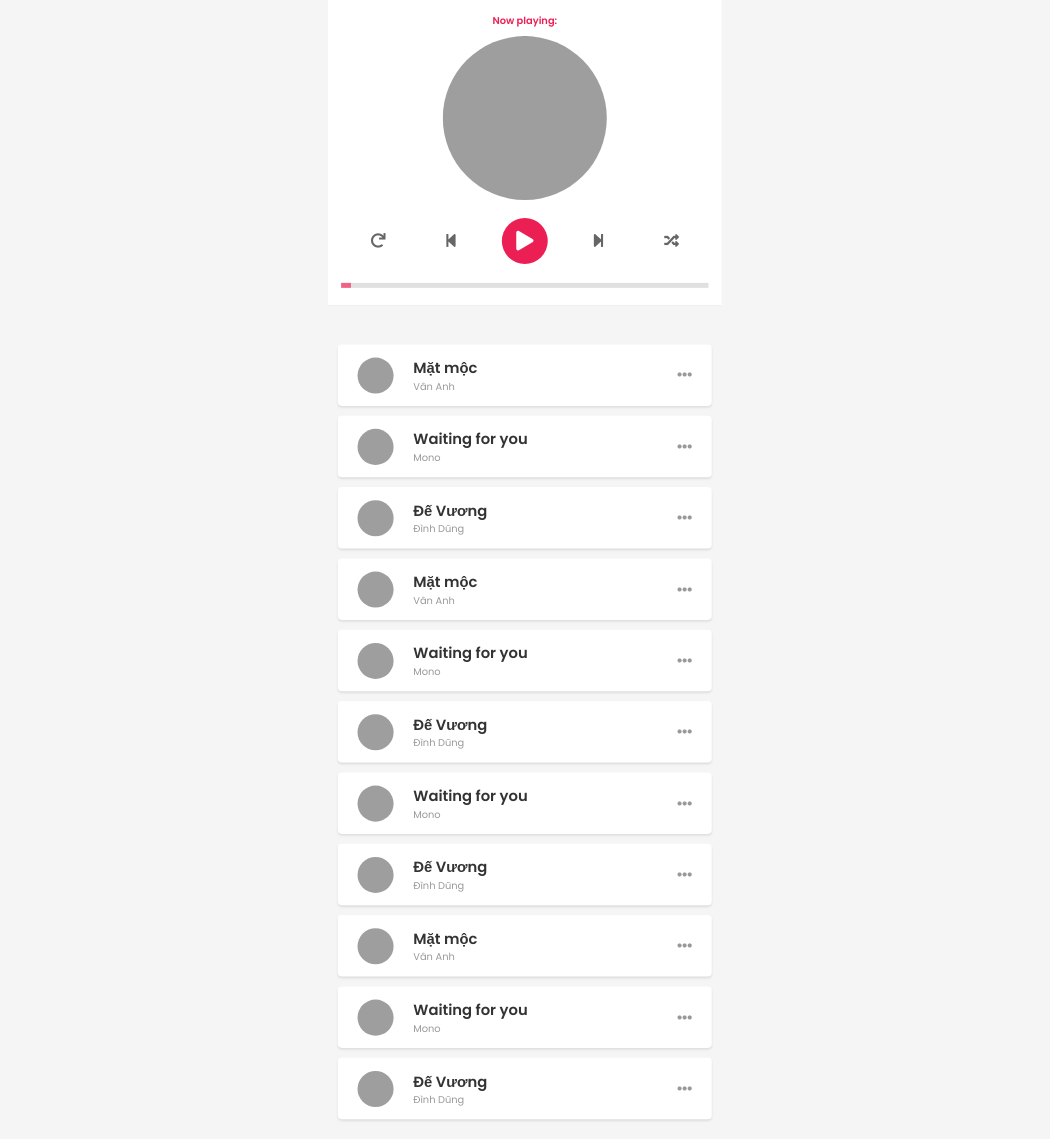
Repository: Tbs-Giang-Luong/app_music_ver1
Page: index.html
These files come from the project's save history. The page is drawn as it stood at one moment and after the next save; the edit follows.
The browser window is 1280 px wide. The pictures show the whole page, at 82% of full size.
Pictures or frames that could not be fetched are drawn as grey boxes.

Above is the page before, as saved 2022-10-20 15:57:43.

### index.html
<!DOCTYPE html>
<html lang="en">
  <head>
    <meta charset="UTF-8" />
    <meta http-equiv="X-UA-Compatible" content="IE=edge" />
    <meta name="viewport" content="width=device-width, initial-scale=1.0" />
    <title>Document</title>
    <link rel="stylesheet" href="./asset/css/main.css" />
  </head>
  <body>
    <meta name="viewport" content="width=device-width, initial-scale=1.0" />
    <title>Music player</title>
    <link
      rel="stylesheet"
      href="https://cdnjs.cloudflare.com/ajax/libs/font-awesome/5.15.2/css/all.min.css"
      integrity="sha512-HK5fgLBL+xu6dm/Ii3z4xhlSUyZgTT9tuc/hSrtw6uzJOvgRr2a9jyxxT1ely+B+xFAmJKVSTbpM/CuL7qxO8w=="
      crossorigin="anonymous"
    />
    <link rel="preconnect" href="https://fonts.gstatic.com" />
    <link
      href="https://fonts.googleapis.com/css2?family=Poppins:wght@300;400;600&display=swap"
      rel="stylesheet"
    />

    <div class="player">
      <!-- Dashboard -->
      <div class="dashboard">
        <!-- Header -->
        <header>
          <h4>Now playing:</h4>
          <h2>String 57th & 9th</h2>
        </header>

        <!-- CD -->
        <div class="cd">
          <div
            class="cd-thumb"
            style="
              background-image: url('https://i.ytimg.com/vi/jTLhQf5KJSc/maxresdefault.jpg');
            "
          ></div>
        </div>

        <!-- Control -->
        <div class="control">
          <div class="btn btn-repeat">
            <i class="fas fa-redo"></i>
          </div>
          <div class="btn btn-prev">
            <i class="fas fa-step-backward"></i>
          </div>
          <div class="btn btn-toggle-play ">
            <i class="fas fa-pause icon-pause"></i>
            <i class="fas fa-play icon-play"></i>
          </div>
          <div class="btn btn-next">
            <i class="fas fa-step-forward"></i>
          </div>
          <div class="btn btn-random">
            <i class="fas fa-random"></i>
          </div>
        </div>

        <input
          id="progress"
          class="progress"
          type="range"
          value="0"
          step="1"
          min="0"
          max="100"
        />

        <audio id="audio" src=""></audio>
      </div>

      <!-- Playlist -->
      <div class="playlist">

      </div>
    </div>

    <!-- Design from: https://static.collectui.com/shots/3671744/musicloud-revolutionary-app-for-music-streaming-large -->
    <script src="main.js"></script>
  </body>
</html>

### asset/css/main.css
:root {
  --primary-color: #ec1f55;
  --text-color: #333;
}

* {
  padding: 0;
  margin: 0;
  box-sizing: inherit;
}

body {
  background-color: #f5f5f5;
}

html {
  box-sizing: border-box;
  font-family: "Poppins", sans-serif;
}

.player {
  position: relative;
  max-width: 480px;
  margin: 0 auto;
}

.player .icon-pause {
  display: none;
}

.player.playing .icon-pause {
  display: inline-block;
}

.player.playing .icon-play {
  display: none;
}

.dashboard {
  padding: 16px 16px 14px;
  background-color: #fff;
  position: fixed;
  top: 0;
  width: 100%;
  max-width: 480px;
  border-bottom: 1px solid #ebebeb;
}

/* HEADER */
header {
  text-align: center;
  margin-bottom: 10px;
}

header h4 {
  color: var(--primary-color);
  font-size: 12px;
}

header h2 {
  color: var(--text-color);
  font-size: 20px;
}

/* CD */
.cd {
  display: flex;
  margin: auto;
  width: 200px;
}

.cd-thumb {
  width: 100%;
  padding-top: 100%;
  border-radius: 50%;
  background-color: #333;
  background-size: cover;
  margin: auto;
}

/* CONTROL */
.control {
  display: flex;
  align-items: center;
  justify-content: space-around;
  padding: 18px 0 8px 0;
}

.control .btn {
  color: #666;
  padding: 18px;
  font-size: 18px;
}

.control .btn.active {
  color: var(--primary-color);
}

.control .btn-toggle-play {
  width: 56px;
  height: 56px;
  border-radius: 50%;
  font-size: 24px;
  color: #fff;
  display: flex;
  align-items: center;
  justify-content: center;
  background-color: var(--primary-color);
}

.progress {
  width: 100%;
  -webkit-appearance: none;
  height: 6px;
  background: #d3d3d3;
  outline: none;
  opacity: 0.7;
  -webkit-transition: 0.2s;
  transition: opacity 0.2s;
}

.progress::-webkit-slider-thumb {
  -webkit-appearance: none;
  appearance: none;
  width: 12px;
  height: 6px;
  background-color: var(--primary-color);
  cursor: pointer;
}

/* PLAYLIST */
.playlist {
  margin-top: 408px;
  padding: 12px;
}

.song {
  display: flex;
  align-items: center;
  margin-bottom: 12px;
  background-color: #fff;
  padding: 8px 16px;
  border-radius: 5px;
  box-shadow: 0 2px 3px rgba(0, 0, 0, 0.1);
}

.song.active {
  background-color: var(--primary-color);
}

.song:active {
  opacity: 0.8;
}

.song.active .option,
.song.active .author,
.song.active .title {
  color: #fff;
}

.song .thumb {
  width: 44px;
  height: 44px;
  border-radius: 50%;
  background-size: cover;
  margin: 0 8px;
}

.song .body {
  flex: 1;
  padding: 0 16px;
}

.song .title {
  font-size: 18px;
  color: var(--text-color);
}

.song .author {
  font-size: 12px;
  color: #999;
}

.song .option {
  padding: 16px 8px;
  color: #999;
  font-size: 18px;
}

### main.js
// App music

const $ = document.querySelector.bind(document);
const $$ = document.querySelectorAll.bind(document);

const player = $('.player');
const playlist = $(".playlist");
const cd = $(".cd");
const heading = $("header h2");
const cdThumb = $(".cd-thumb");
const audio = $("#audio");
const playBtn =$('.btn-toggle-play')


const app = {
  currentIndex: 0,
  songs: [
    {
      name: "Mặt mộc",
      singer: "Vân Anh",
      path: "https://playsetmusic.com/download/OIVH8LSktGZR",
      image: "./asset/img/Mat moc.png",
    },
    {
      name: "Waiting for you",
      singer: "Mono",
      path: "https://playsetmusic.com/download/R8MQzb3Z8Gyd",
      image: "./asset/img/wating for you.jpg",
    },
    {
      name: "Đế Vương",
      singer: "Đình Dũng",
      path: "https://playsetmusic.com/download/wO4cfN8f65Ng",
      image: "./asset/img/De vuong.jpg",
    },
    {
      name: "Mặt mộc",
      singer: "Vân Anh",
      path: "https://playsetmusic.com/download/OIVH8LSktGZR",
      image: "./asset/img/Mat moc.png",
    },
    {
      name: "Waiting for you",
      singer: "Mono",
      path: "https://playsetmusic.com/download/R8MQzb3Z8Gyd",
      image: "./asset/img/wating for you.jpg",
    },
    {
      name: "Đế Vương",
      singer: "Đình Dũng",
      path: "https://playsetmusic.com/download/wO4cfN8f65Ng",
      image: "./asset/img/De vuong.jpg",
    },
    {
      name: "Waiting for you",
      singer: "Mono",
      path: "https://playsetmusic.com/download/R8MQzb3Z8Gyd",
      image: "./asset/img/wating for you.jpg",
    },
    {
      name: "Đế Vương",
      singer: "Đình Dũng",
      path: "https://playsetmusic.com/download/wO4cfN8f65Ng",
      image: "./asset/img/De vuong.jpg",
    },
    {
      name: "Mặt mộc",
      singer: "Vân Anh",
      path: "https://playsetmusic.com/download/OIVH8LSktGZR",
      image: "./asset/img/Mat moc.png",
    },
    {
      name: "Waiting for you",
      singer: "Mono",
      path: "https://playsetmusic.com/download/R8MQzb3Z8Gyd",
      image: "./asset/img/wating for you.jpg",
    },
    {
      name: "Đế Vương",
      singer: "Đình Dũng",
      path: "https://playsetmusic.com/download/wO4cfN8f65Ng",
      image: "./asset/img/De vuong.jpg",
    },
  ],

  render: function () {
    const htmls = this.songs.map((song) => {
      return `
      <div class="song">
          <div class="thumb" style="background-image: url('${song.image}')">
          </div>
          <div class="body">
            <h3 class="title">${song.name}</h3>
            <p class="author">${song.singer}</p>
          </div>
          <div class="option">
            <i class="fas fa-ellipsis-h"></i>
          </div>
      </div>
      `;
    });
    playlist.innerHTML = htmls.join("");
  },

  defineProperties: function () {
    Object.defineProperty(this, "currentSong", {
      get: function () {
        return this.songs[this.currentIndex];
      },
    });
  },

  loadCurrentSong: function () {

    heading.textContent = heading.currentSong?.name;
    cdThumb.style.backgroundImage =`url${this.currentSong.image}`;
    audio.src = this.currentSong.path;
  },
    // Xử lý các sự kiện

  handleEvent: function () {
    const cdWidth = cd.offsetWidth;
    document.onscroll = function () {
      const scrollTop = window.scrollY || document.documentElement.scrollTop;
      const newCdWidth = cdWidth - scrollTop;
      cd.style.width = newCdWidth > 0 ? newCdWidth + "px" : 0;
      cd.style.opacity = newCdWidth / cdWidth;
    };

    // Xử lý khi ấn vào nút play
      playBtn.onClick = function () {
        audio.play()
        player.classList.add('playing');
      }
  },

  start: function () {
    // Định nghĩa các thuộc tính
    this.defineProperties();
    // Xử lý các sự kiện
    this.handleEvent();
    // Tải bài hát
    this.loadCurrentSong();
    // render ra giao diện UI
    this.render();
  },
};

app.start();

After the next save:
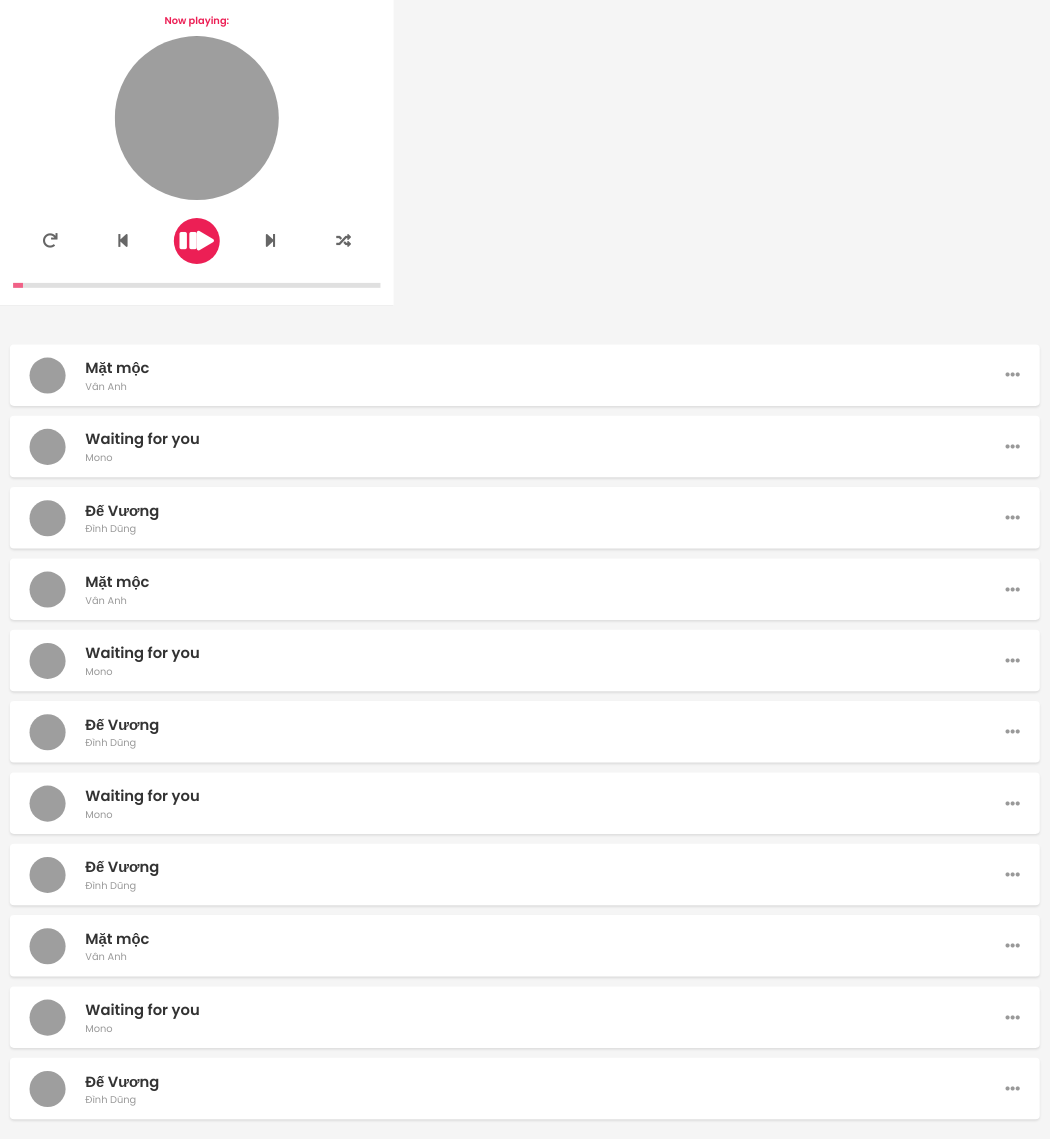
Saved 91 s later.
--- a/index.html
+++ b/index.html
@@ -22,7 +22,7 @@
       rel="stylesheet"
     />
 
-    <div class="player">
+    <div class="playe playing">
       <!-- Dashboard -->
       <div class="dashboard">
         <!-- Header -->

After the save that followed:
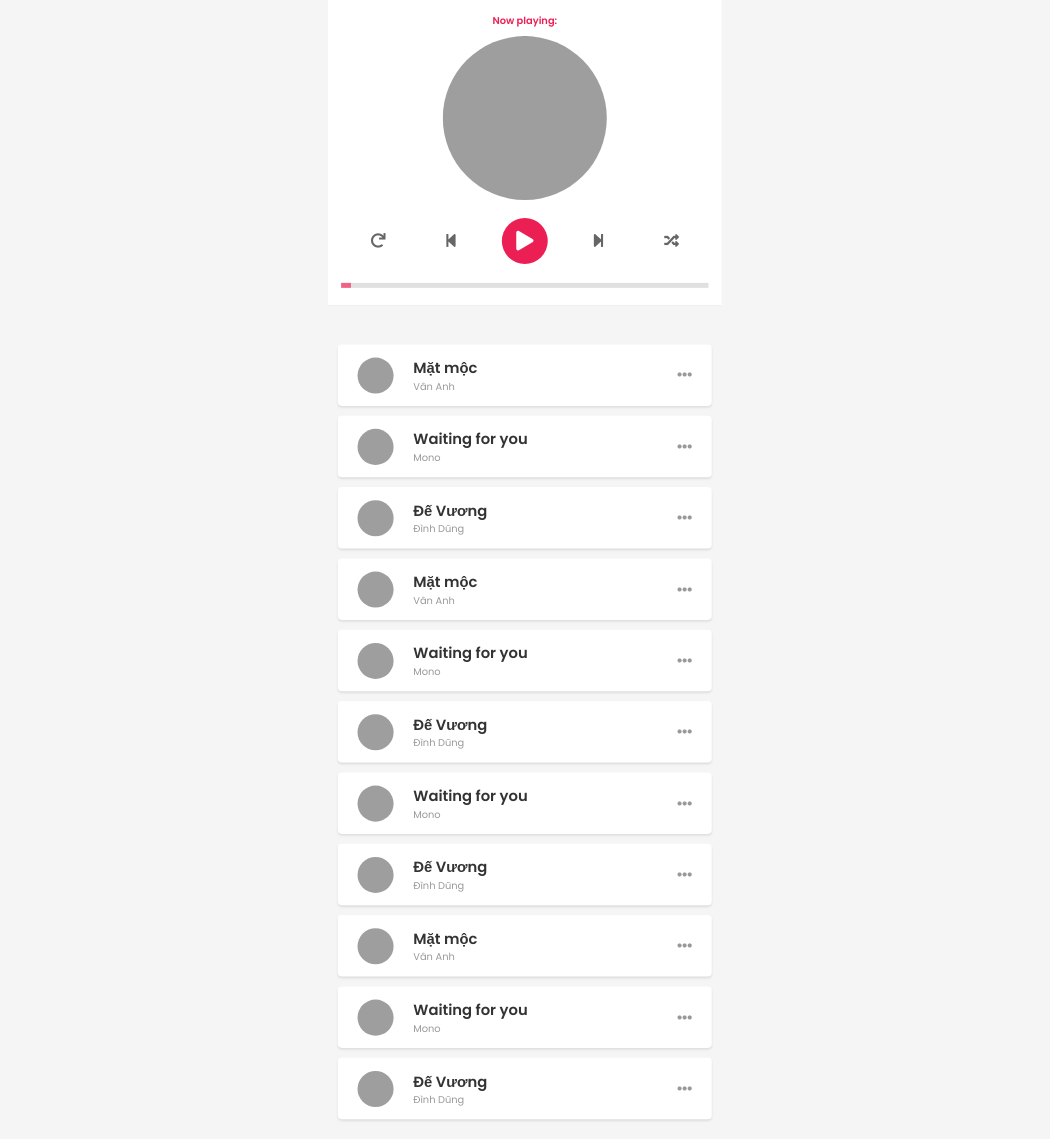
Saved 9 s later.
--- a/index.html
+++ b/index.html
@@ -22,7 +22,7 @@
       rel="stylesheet"
     />
 
-    <div class="playe playing">
+    <div class="player">
       <!-- Dashboard -->
       <div class="dashboard">
         <!-- Header -->
